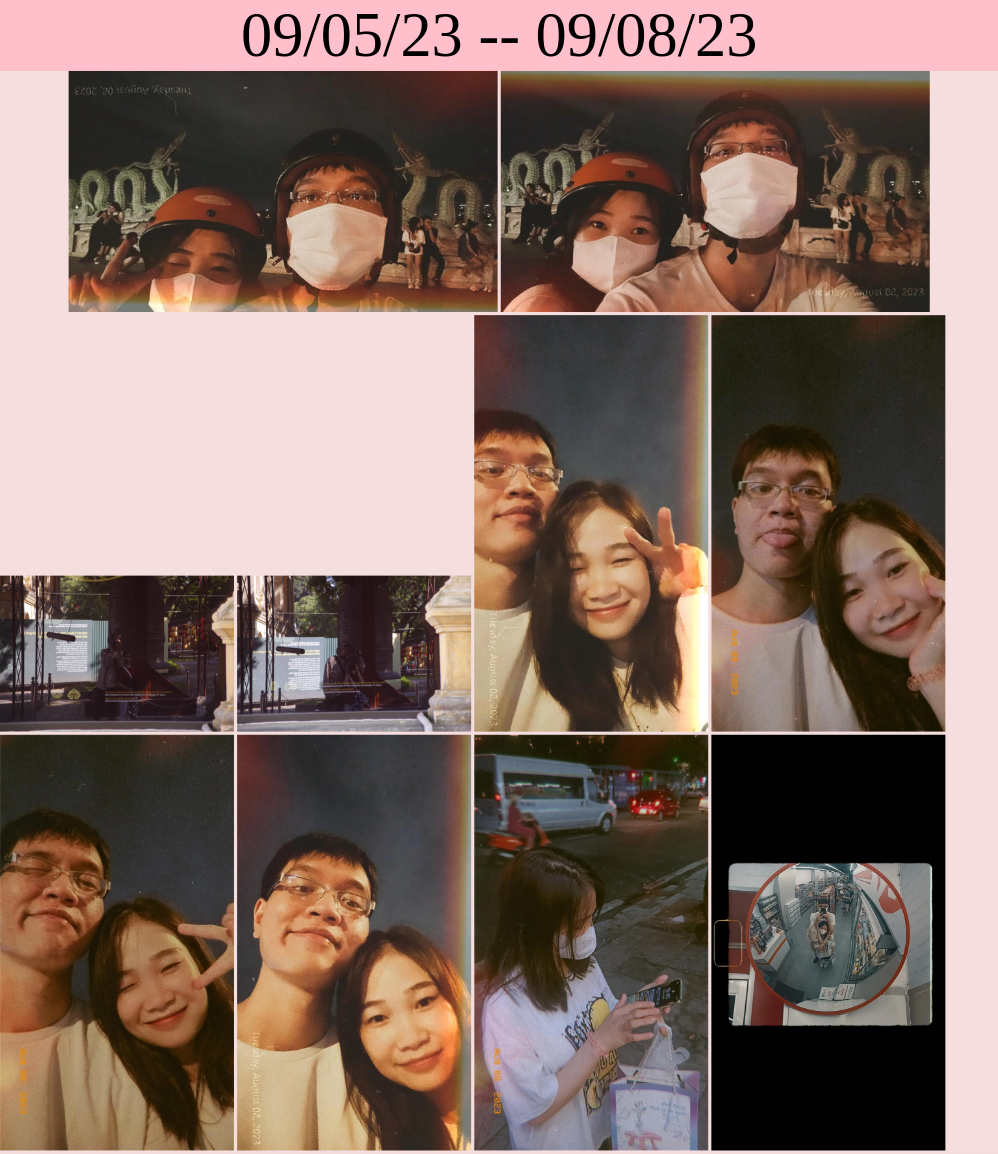
Repository: Hanhanh06/0907
Page: code/0908.html
The author's editor kept a copy of each file at every save. The page is drawn from the files as they stood at one save, then again after the next save.
The browser window is 1280 px wide. The pictures show the whole page, at 78% of full size.

Above is the page before, as saved 2023-08-17 17:44:28.

After the next save:
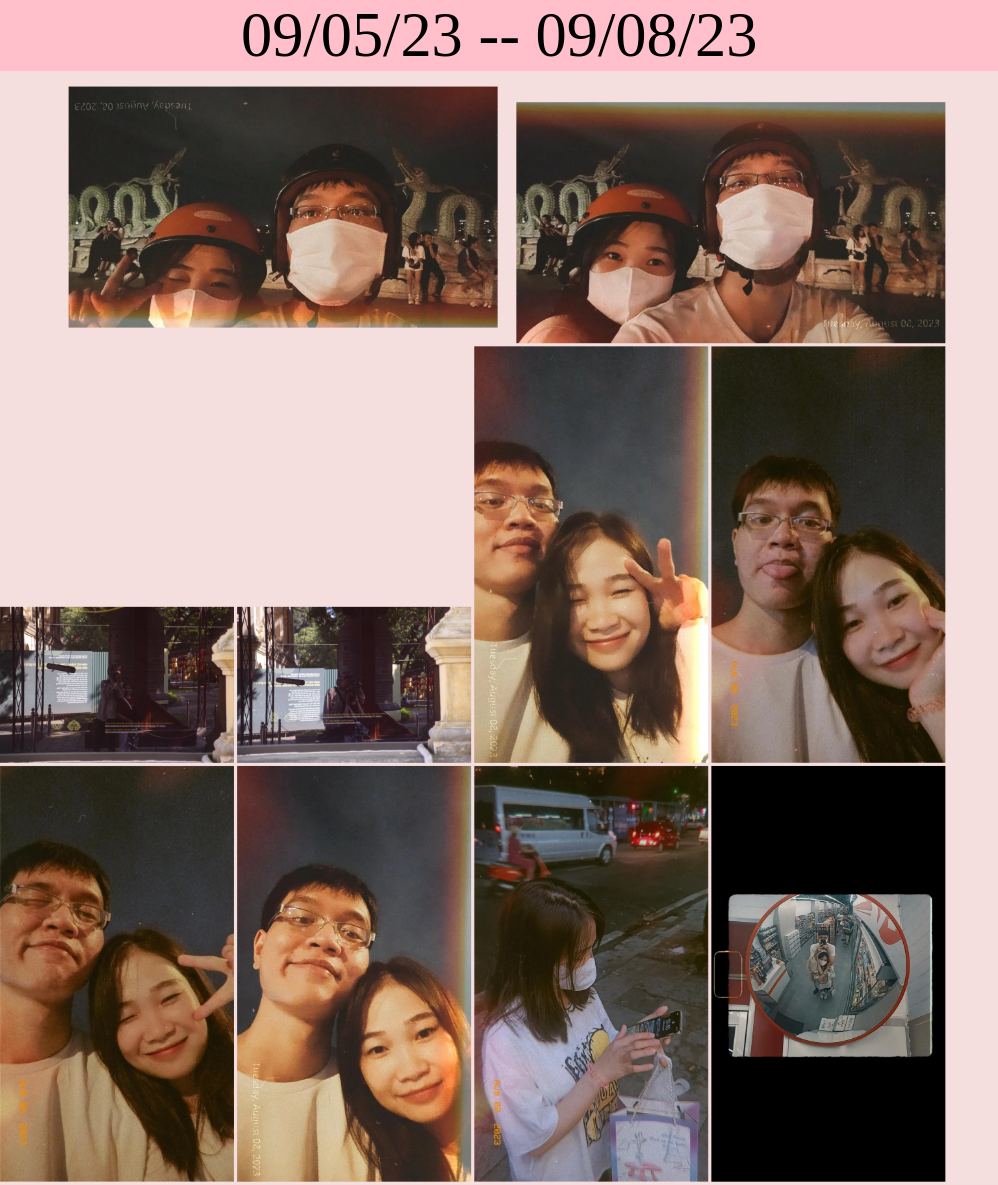
Saved 4 s later.
--- a/code/0908.html
+++ b/code/0908.html
@@ -29,7 +29,7 @@
 
         <center> <div style="background-color: pink; font-size: 80px; "> 09/05/23 -- 09/08/23</div></center>
         <center>
-        <img src="001.jpg" alt="Hình ảnh không tồn tại" width="550px" style="margin: ;" >
+        <img src="001.jpg" alt="Hình ảnh không tồn tại" width="550px" style="margin: 20px;" >
        <img src="002.jpg" alt="Hình ảnh không tồn tại" width="550px">
       </center>
 
